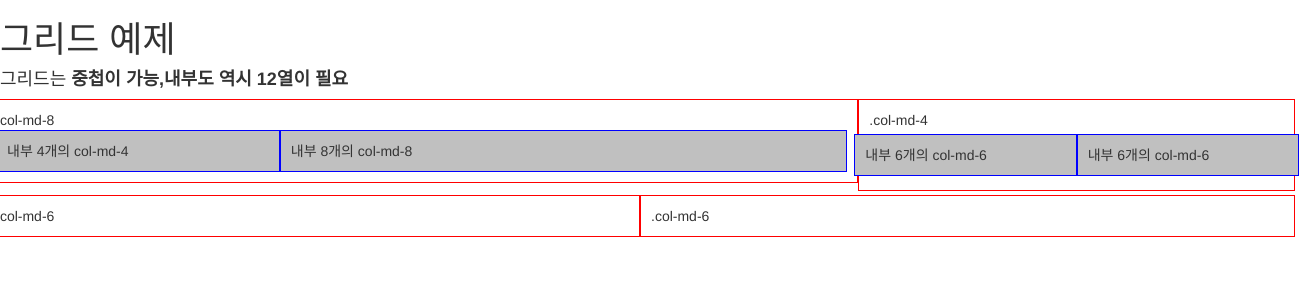
Repository: RYE415/4.jsp
Page: BootstrapTest/src/main/webapp/1.grid/grid2.html
The author's editor kept a copy of each file at every save. The page is drawn from the files as they stood at one save, then again after the next save.
The browser window is 1280 px wide. The page is 1299 px wide, so the pictures cover 1299 px, including what lies to the right of the window. The pictures show the whole page.
Some web libraries are served in a nearby version.

Above is the page before, as saved 2022-08-08 01:33:27.

After the next save:
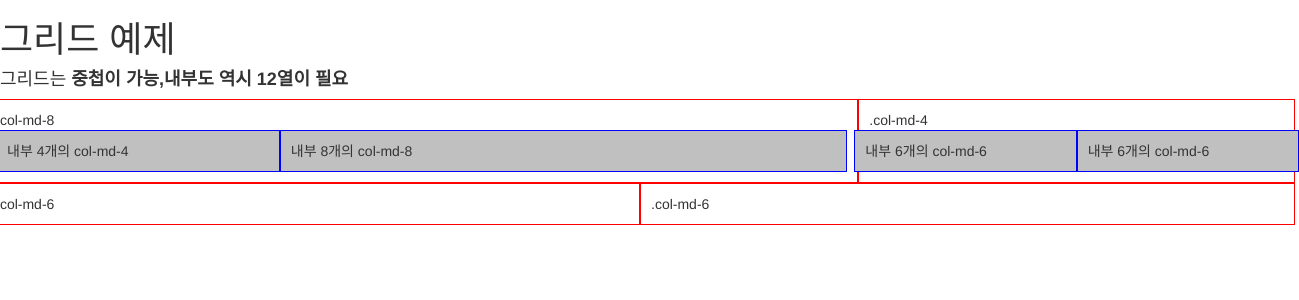
Saved 2 min 7 s later.
--- a/BootstrapTest/src/main/webapp/1.grid/grid2.html
+++ b/BootstrapTest/src/main/webapp/1.grid/grid2.html
@@ -26,10 +26,7 @@
 			padding:10px; /*기존의 부트스트랩의 그리드에 해당하는
 							스타일클래스 선택자를 변경하는 경우*/
 		}
-		.row {/*그리드 시스템 사이의 거리를 주기 위해서 필요*/
-			margin-bottom:4px;
-			margin-top:4px;
-		}
+
 
 		/* 안쪽과 바깥쪽의 그리드를 구별하기 위해서 배경색,테두리를 설정 */
 		.pad10 {padding:10px;border-color:blue;background-color:#C0C0C0}
